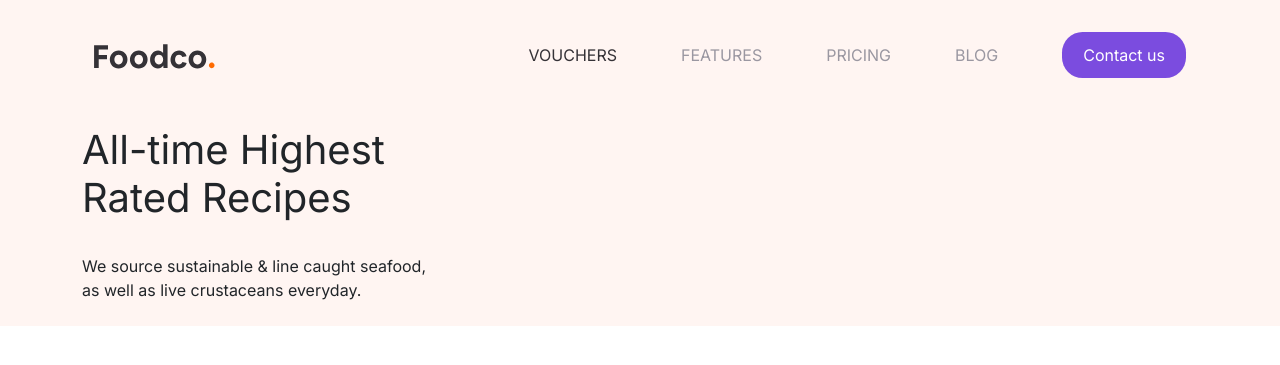
Repository: badhon252/Foodco
Page: index.html
These files come from the project's save history. The page is drawn as it stood at one moment and after the next save; the edit follows.
The browser window is 1280 px wide. The pictures show the whole page.
The style sheet was rebuilt from its Sass, Less or Tailwind sources for each picture, by a compiler version that may differ from the author's.

Above is the page before, as saved 2022-09-15 15:29:54.

After the next save:
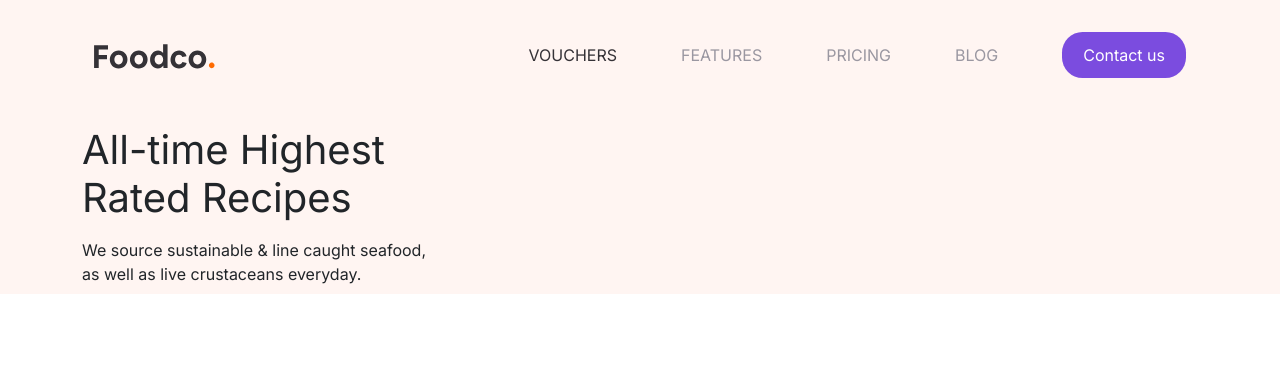
Saved 14 s later.
--- a/index.html
+++ b/index.html
@@ -50,8 +50,8 @@
             <div class="div header-content">
                 <div class="row">
                     <div class="col-md-4">
-                        <h1 class="py-3">All-time <span>Highest</span> Rated Recipes</h1>
-                        <p class="py-2">We source sustainable & line caught seafood, as well as live crustaceans
+                        <h1 class="my-3">All-time <span>Highest</span> Rated Recipes</h1>
+                        <p class="my-2">We source sustainable & line caught seafood, as well as live crustaceans
                             everyday.</p>
                     </div>
                     <div class="col-md-8"></div>
